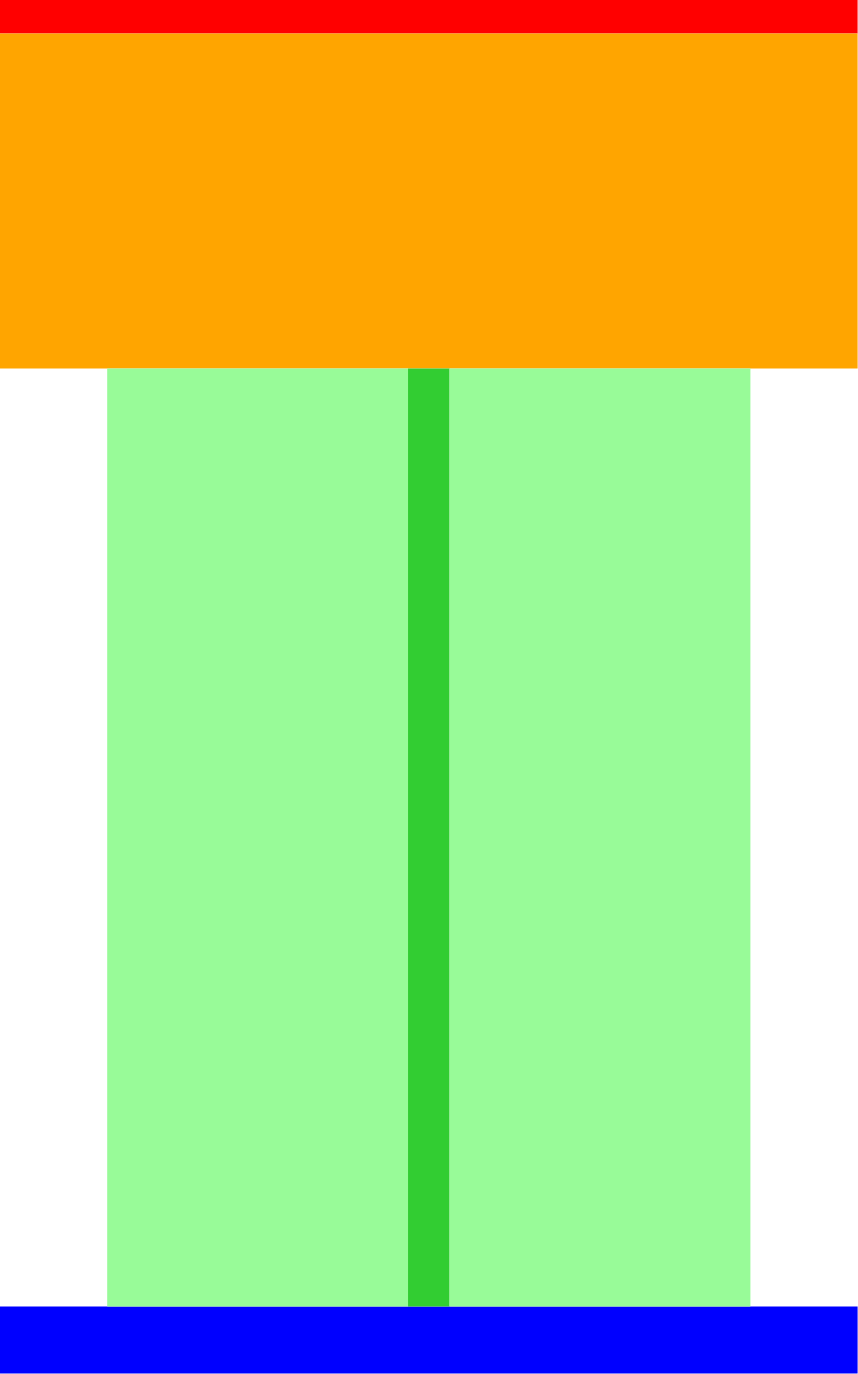
Repository: TsuKou/MainContents
Page: chapter4/index.html
The author's editor kept a record of every edit. The page is drawn from the files as they stood at one moment, then again after the next edit.
The browser window is 1280 px wide. The pictures show the whole page, at 67% of full size.

Above is the page before.

### chapter4/index.html
<!DOCTYPE html>
<html lang="ja">
  <head>
    <meta charset="UTF-8" />
    <link rel="stylesheet" href="style.css" />
    <title>4章演習問題</title>
  </head>

  <body>
    <div class="header"></div>

    <div class="main-visual"></div>

    <div class="main">
     <div class="sidebar-left"></div>
     <div class="blog"></div>
     <div class="sidebar-right"></div>
    </div>

    <div class="footer"></div>

  </body>
</html>

### chapter4/style.css
* {
  margin: 0;
  padding: 0;
  box-sizing: border-box;
}

.header {
  width: 100%;
  height: 50px;
  background-color: red;
}

.main-visual {
  width: 100%;
  height: 500px;
  background-color: orange;
}

.main {
  width: 960px;
  display: flex;
  justify-content: center;
  margin: 0 auto;
}

.sidebar-left {
  width: 230pc;
  height: 1400px;
  background-color: palegreen;
}

.blog {
  width: 500px;
  height: 1400px;
  background-color: limegreen;
}

.sidebar-right {
  width: 230pc;
  height: 1400px;
  background-color: palegreen;
}

.footer {
  width: 100%;
  height: 100px;
  background-color: blue;
}

After the next edit:
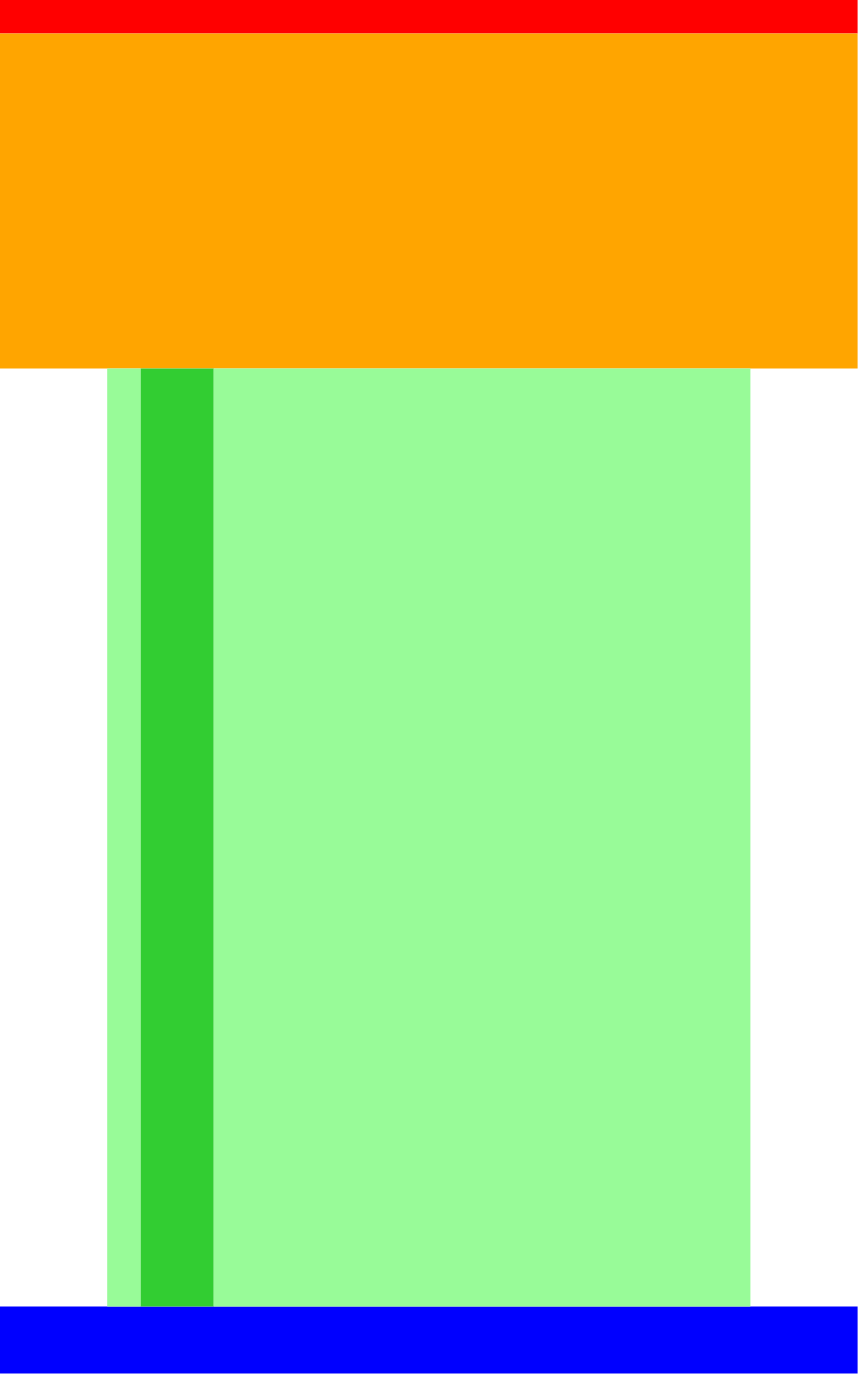
The edit:
--- a/chapter4/style.css
+++ b/chapter4/style.css
@@ -24,7 +24,7 @@
 }
 
 .sidebar-left {
-  width: 230pc;
+  width: 230px;
   height: 1400px;
   background-color: palegreen;
 }
